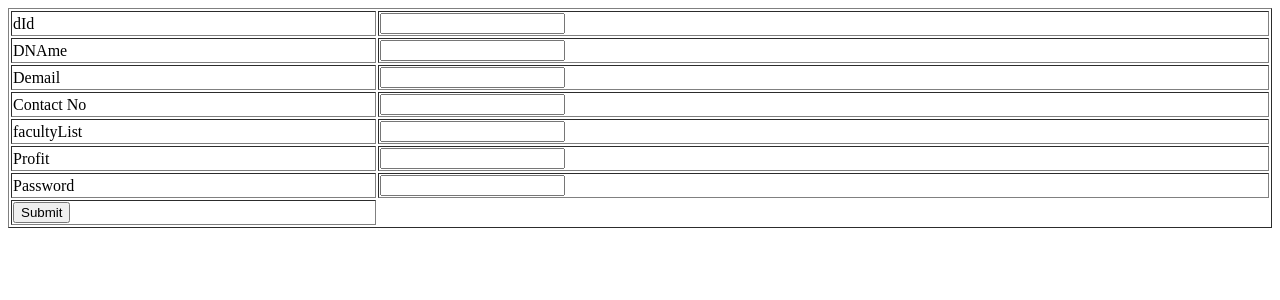
Repository: omkar-falke/SpringDemo
Page: http://localhost/ServletMVC/dept.jsp
The author's editor kept a copy of each file at every save. The page is drawn from the files as they stood at one save, then again after the next save.
The browser window is 1280 px wide. The pictures show the whole page.
The page is served by Tomcat 9. Other server files are loaded and not shown.

Above is the page before, as saved 2019-06-04 10:27:02.

### ServletDemo/ServletMVC/WebContent/dept.jsp
<%@ page language="java" contentType="text/html; charset=ISO-8859-1"
    pageEncoding="ISO-8859-1"%>
<!DOCTYPE html PUBLIC "-//W3C//DTD HTML 4.01 Transitional//EN" "http://www.w3.org/TR/html4/loose.dtd">
<html>
<head>
<meta http-equiv="Content-Type" content="text/html; charset=ISO-8859-1">
<title>Dept Here</title>
</head>
<body>
<form action="dept">
<table border="1" height="100%" width="100%">
<tr>
<td>dId </td> <td> <input type="text" name="did"></td></tr>
<tr><td>DNAme </td><td> <input type="text" name="dname"></td></tr>

<tr><td>Demail</td> <td><input type="email" name="email"></td></tr>

<tr><td>Contact No</td> <td><input type="text" name="contact"></td></tr>

<tr><td>facultyList</td> <td><input type="text" name="flist"></td></tr>

<tr><td>Profit</td> <td><input type="text" name="profit"></td></tr>

<tr><td>Password</td> <td><input type="password" name="password"></td></tr>

<tr><td><input type="submit" value="Submit"></td></tr>


</table>
</form>
</body>
</html>

After the next save:
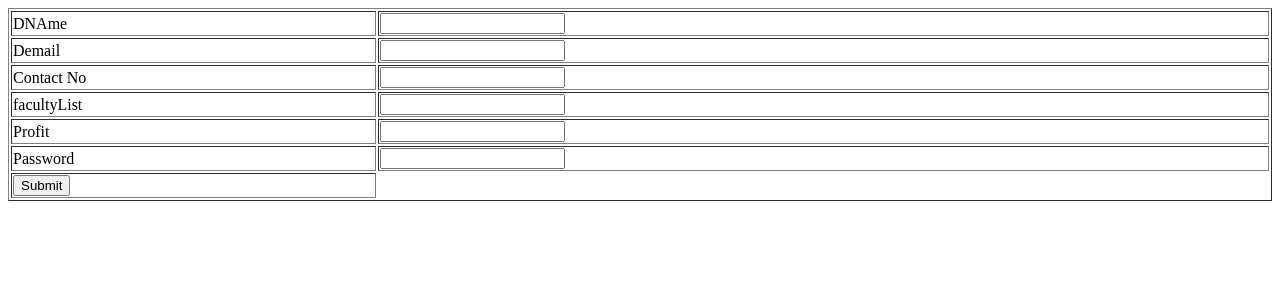
Saved 59 s later.
--- a/ServletDemo/ServletMVC/WebContent/dept.jsp
+++ b/ServletDemo/ServletMVC/WebContent/dept.jsp
@@ -9,8 +9,8 @@
 <body>
 <form action="dept">
 <table border="1" height="100%" width="100%">
-<tr>
-<td>dId </td> <td> <input type="text" name="did"></td></tr>
+<!-- <tr>
+<td>dId </td> <td> <input type="text" name="did"></td></tr> -->
 <tr><td>DNAme </td><td> <input type="text" name="dname"></td></tr>
 
 <tr><td>Demail</td> <td><input type="email" name="email"></td></tr>
